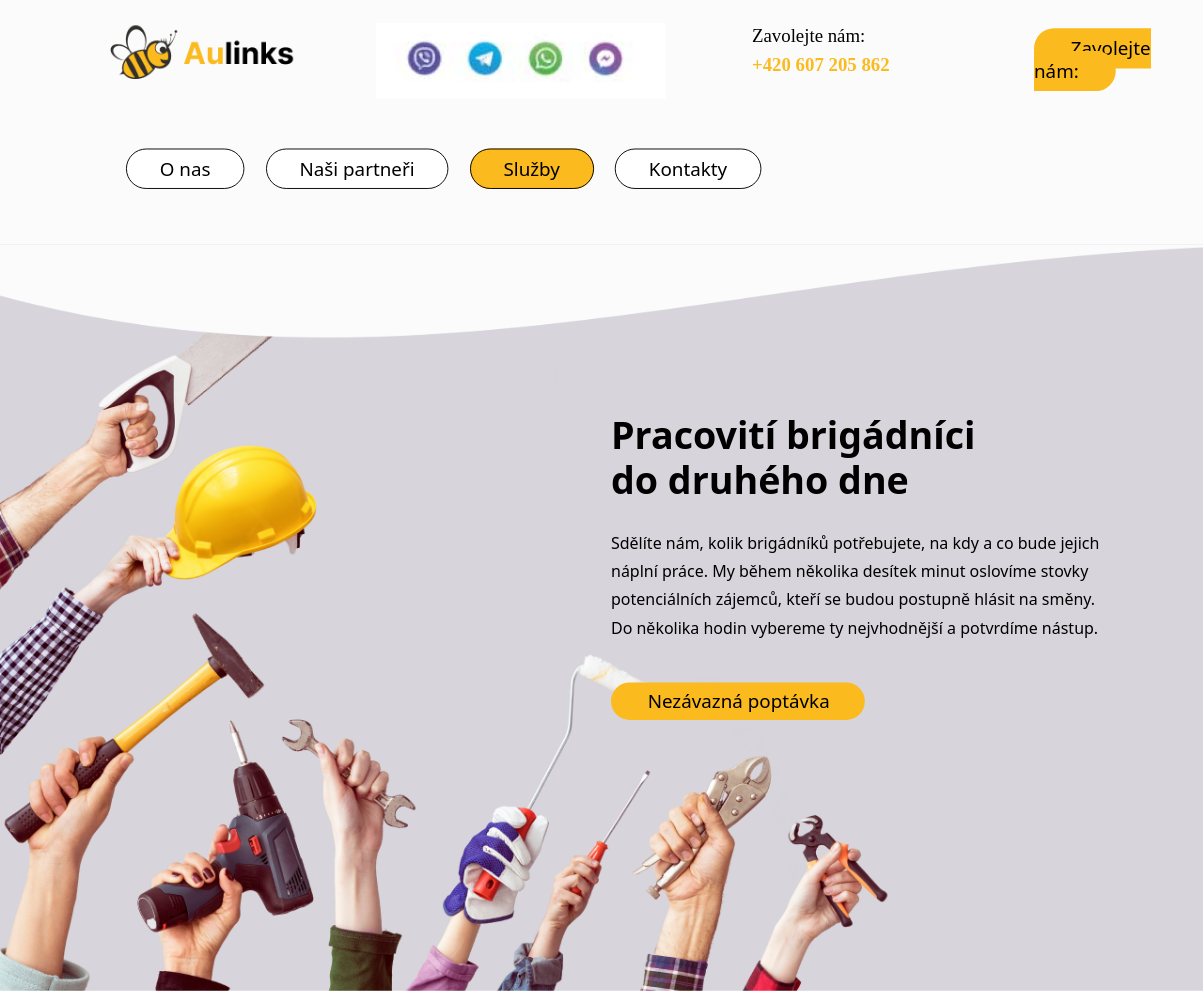
Repository: bilday08/aulinks
Page: index.html
An editor plug-in stored every save of this project. The page is shown before and after the next save, followed by the edit.
The browser window is 1280 px wide. The pictures show the whole page, at 94% of full size.
Some web fonts or font styles are not loaded; a fallback is used.

Above is the page before, as saved 2022-12-07 13:44:11.

After the next save:
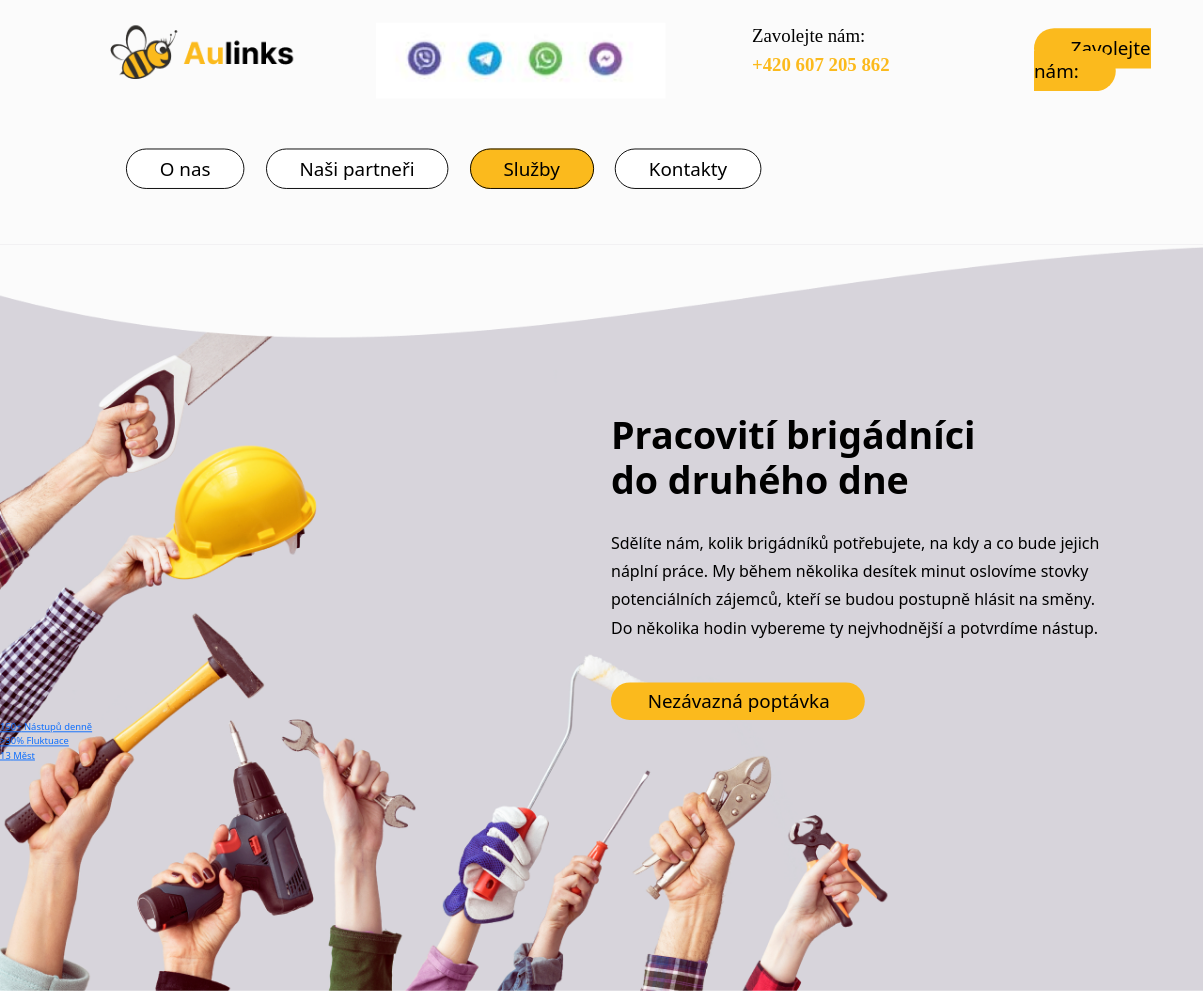
Saved 5 min 29 s later.
--- a/index.html
+++ b/index.html
@@ -72,6 +72,22 @@
                 </p>
                 <a href="#" class="main_button">Nezávazná poptávka</a>
             </div>
+            <div class="main_center">
+                <a href="#" class="center_button">
+                    <div class="button__first">
+                        <span class="button__first_text">150+</span>
+                        <span class="button__first_text">Nástupů denně</span>
+                    </div>
+                    <div class="center-button--second">
+                        <span class="center-button--second1">>30%</span>
+                        <span class="center-button--second2">Fluktuace</span>
+                    </div>
+                    <div class="center-button--third">
+                        <span class="center-button--third1">13</span>
+                        <span class="center-button--third2">Měst</span>
+                    </div>
+                </a>
+            </div>
         </div>
     </main>
 </body>
